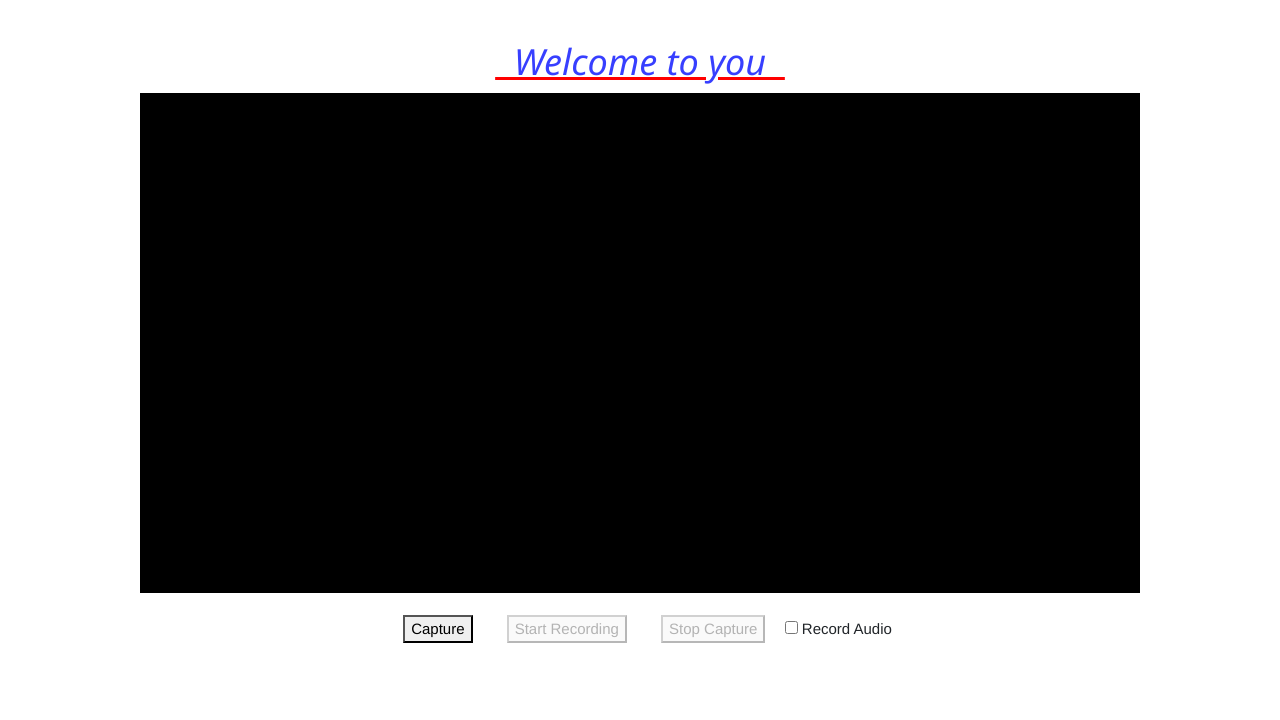
Repository: santiljanomalaj/recording_youtube
Page: index.html
These files come from the project's save history. The page is drawn as it stood at one moment and after the next save; the edit follows.
The browser window is 1280 px wide. The pictures show the whole page.

Above is the page before, as saved 2020-04-29 18:43:59.

### index.html
<!DOCTYPE html>
<html lang="en">
  <head>
    <title>video/audio capture</title>
    <meta charset="utf-8" />
    <meta http-equiv="X-UA-Compatible" content="IE=edge" />
    <meta name="viewport" content="width=device-width, initial-scale=1" />

    <link rel="stylesheet" href="./css/bootstrap.min.css" />
    <link rel="stylesheet" href="./css/w3.css" />
    <link
      rel="stylesheet"
      href="https://fonts.googleapis.com/css?family=Tangerine"
    />
    <link rel="stylesheet" href="./css/style.css" />

    <!-- <script>
      if (location.protocol !== "https:") location.protocol = "https:";
    </script> -->
    <!-- import the webpage's stylesheet -->
  </head>
  <body>
    <center>
      <div class="w3-container w3-tangerine">
        <u style="color: red;"
          ><h1 class="w3-xxlarge">&nbsp Welcome to you &nbsp</h1></u
        >
      </div>
      <p id="warning">
        Enable chrome://flags/#enable-experimental-web-platform-features
      </p>
      <video
        style="background-color: black; width: 1000px; height: 500px;"
        id="videoElement"
        autoplay
      ></video>
      <br />
      <button id="captureBtn">Capture</button>
      <button id="startBtn" disabled>Start Recording</button>
      <button id="stopBtn" disabled>Stop Capture</button>
      <input type="checkbox" id="audioToggle" />
      <label for="audioToggle">Record Audio</label>
      <a class="btn btn-primary" id="download" href="#" style="display: none;"
        >Download</a
      >
      <a
        type="button"
        class="btn btn-primary"
        id="trim"
        href="https://video-cut.glitch.me/"
        style="display: none;"
        target="trim"
        >Trim Video</a
      >
      <a
        type="button"
        class="btn btn-primary"
        id="convert"
        href="https://convert-to-mp4.glitch.me/"
        style="display: none;"
        target="convert"
        >Convert to MP4</a
      >
    </center>

    <script src="./js/comlink.js"></script>
    <script src="./js/jquery.min.js"></script>
    <script src="./js/popper.min.js"></script>
    <script src="https://maxcdn.bootstrapcdn.com/bootstrap/4.4.1/js/bootstrap.min.js"></script>

    <script>
      if ("getDisplayMedia" in navigator.mediaDevices)
        warning.style.display = "none";

      let blobs;
      let blob;
      let rec;
      let stream;

      captureBtn.onclick = async () => {
        trim.style.display = "none";
        convert.style.display = "none";
        download.style.display = "none";
        let audio = audioToggle.checked || false;

        stream = await navigator.mediaDevices.getDisplayMedia({
          video: true,
          audio: audio,
        });
        stream
          .getVideoTracks()
          .forEach((track) => (track.contentHint = "text"));
        videoElement.srcObject = stream;
        let opts = { mimeType: "video/webm; codecs=h264" };
        blobs = [];
        rec = new MediaRecorder(stream, opts);
        rec.ondataavailable = (e) => blobs.push(e.data);
        rec.onstop = () => {
          blob = new Blob(blobs, { type: "video/mp4" });
          let url = window.URL.createObjectURL(blob);
          download.href = url;
          download.download = "test.mp4";
          download.style.display = "block";
          trim.style.display = "block";
          convert.style.display = "block";
        };
        startBtn.disabled = false;
        captureBtn.disabled = true;
        audioToggle.disabled = true;
      };

      startBtn.onclick = () => {
        startBtn.disabled = true;
        stopBtn.disabled = false;
        rec.start();
      };

      stopBtn.onclick = () => {
        captureBtn.disabled = false;
        startBtn.disabled = true;
        stopBtn.disabled = true;
        audioToggle.disabled = false;
        rec.stop();
        stream.getTracks().forEach((s) => s.stop());
        videoElement.srcObject = null;
        stream = null;
      };

      trim.onclick = async (event) => {
        event.preventDefault();
        let cutWindow = window.open(event.target.href);
        let start = Comlink.proxy(cutWindow);
        setTimeout(async () => {
          let result = await start(
            new File([blob], "test.webm", { type: "video/webm" }),
            "00:00:00"
          );
        }, 1000);
      };

      convert.onclick = async (event) => {
        event.preventDefault();
        let convertWindow = window.open(event.target.href);
        let start = Comlink.proxy(convertWindow);
        setTimeout(async () => {
          let result = await start(
            new File([blob], "test.webm", { type: "video/webm" })
          );
        }, 1000);
      };
    </script>
  </body>
</html>

### css/style.css
/* CSS files add styling rules to your content */

body {
  font-family: "Benton Sans", "Helvetica Neue", helvetica, arial, sans-serif;
  margin: 2em;
}

h1 {
  font-style: italic;
  color: #373fff;
}

video {
  width: 1000px;
  height: 1000px;
}

button {
  margin: 1em;
  padding: 1;
}

.w3-tangerine {
  font-family: "Tangerine", serif;
}

### js/comlink.js
/**
 * Copyright 2017 Google Inc. All Rights Reserved.
 * Licensed under the Apache License, Version 2.0 (the "License");
 * you may not use this file except in compliance with the License.
 * You may obtain a copy of the License at
 *     http://www.apache.org/licenses/LICENSE-2.0
 * Unless required by applicable law or agreed to in writing, software
 * distributed under the License is distributed on an "AS IS" BASIS,
 * WITHOUT WARRANTIES OR CONDITIONS OF ANY KIND, either express or implied.
 * See the License for the specific language governing permissions and
 * limitations under the License.
 */
(function (factory) {
  if (typeof module === "object" && typeof module.exports === "object") {
    var v = factory(require, exports);
    if (v !== undefined) module.exports = v;
  } else if (typeof define === "function" && define.amd) {
    define(["require", "exports"], factory);
  } else {
    factory([], (self.Comlink = {}));
  }
})(function (require, exports) {
  "use strict";
  Object.defineProperty(exports, "__esModule", { value: true });
  const TRANSFERABLE_TYPES = [ArrayBuffer, MessagePort];
  const uid = Math.floor(Math.random() * Number.MAX_SAFE_INTEGER);
  const proxyValueSymbol = Symbol("proxyValue");
  const throwSymbol = Symbol("throw");
  const proxyTransferHandler = {
    canHandle: (obj) => obj && obj[proxyValueSymbol],
    serialize: (obj) => {
      const { port1, port2 } = new MessageChannel();
      expose(obj, port1);
      return port2;
    },
    deserialize: (obj) => {
      return proxy(obj);
    },
  };
  const throwTransferHandler = {
    canHandle: (obj) => obj && obj[throwSymbol],
    serialize: (obj) => obj.toString() + "\n" + obj.stack,
    deserialize: (obj) => {
      throw Error(obj);
    },
  };
  exports.transferHandlers = new Map([
    ["PROXY", proxyTransferHandler],
    ["THROW", throwTransferHandler],
  ]);
  let pingPongMessageCounter = 0;
  function proxy(endpoint, target) {
    if (isWindow(endpoint)) endpoint = windowEndpoint(endpoint);
    if (!isEndpoint(endpoint))
      throw Error(
        "endpoint does not have all of addEventListener, removeEventListener and postMessage defined"
      );
    activateEndpoint(endpoint);
    return cbProxy(
      async (irequest) => {
        let args = [];
        if (irequest.type === "APPLY" || irequest.type === "CONSTRUCT")
          args = irequest.argumentsList.map(wrapValue);
        const response = await pingPongMessage(
          endpoint,
          Object.assign({}, irequest, { argumentsList: args }),
          transferableProperties(args)
        );
        const result = response.data;
        return unwrapValue(result.value);
      },
      [],
      target
    );
  }
  exports.proxy = proxy;
  function proxyValue(obj) {
    obj[proxyValueSymbol] = true;
    return obj;
  }
  exports.proxyValue = proxyValue;
  function expose(rootObj, endpoint) {
    if (isWindow(endpoint)) endpoint = windowEndpoint(endpoint);
    if (!isEndpoint(endpoint))
      throw Error(
        "endpoint does not have all of addEventListener, removeEventListener and postMessage defined"
      );
    activateEndpoint(endpoint);
    attachMessageHandler(endpoint, async function (event) {
      if (!event.data.id || !event.data.callPath) return;
      const irequest = event.data;
      let that = await irequest.callPath
        .slice(0, -1)
        .reduce((obj, propName) => obj[propName], rootObj);
      let obj = await irequest.callPath.reduce(
        (obj, propName) => obj[propName],
        rootObj
      );
      let iresult = obj;
      let args = [];
      if (irequest.type === "APPLY" || irequest.type === "CONSTRUCT")
        args = irequest.argumentsList.map(unwrapValue);
      if (irequest.type === "APPLY") {
        try {
          iresult = await obj.apply(that, args);
        } catch (e) {
          iresult = e;
          iresult[throwSymbol] = true;
        }
      }
      if (irequest.type === "CONSTRUCT") {
        try {
          iresult = new obj(...args); // eslint-disable-line new-cap
          iresult = proxyValue(iresult);
        } catch (e) {
          iresult = e;
          iresult[throwSymbol] = true;
        }
      }
      if (irequest.type === "SET") {
        obj[irequest.property] = irequest.value;
        // FIXME: ES6 Proxy Handler `set` methods are supposed to return a
        // boolean. To show good will, we return true asynchronously ¯\_(ツ)_/¯
        iresult = true;
      }
      iresult = makeInvocationResult(iresult);
      iresult.id = irequest.id;
      return endpoint.postMessage(iresult, transferableProperties([iresult]));
    });
  }
  exports.expose = expose;
  function wrapValue(arg) {
    // Is arg itself handled by a TransferHandler?
    for (const [key, transferHandler] of exports.transferHandlers) {
      if (transferHandler.canHandle(arg)) {
        return {
          type: key,
          value: transferHandler.serialize(arg),
        };
      }
    }
    // If not, traverse the entire object and find handled values.
    let wrappedChildren = [];
    for (const item of iterateAllProperties(arg)) {
      for (const [key, transferHandler] of exports.transferHandlers) {
        if (transferHandler.canHandle(item.value)) {
          wrappedChildren.push({
            path: item.path,
            wrappedValue: {
              type: key,
              value: transferHandler.serialize(item.value),
            },
          });
        }
      }
    }
    for (const wrappedChild of wrappedChildren) {
      const container = wrappedChild.path
        .slice(0, -1)
        .reduce((obj, key) => obj[key], arg);
      container[wrappedChild.path[wrappedChild.path.length - 1]] = null;
    }
    return {
      type: "RAW",
      value: arg,
      wrappedChildren,
    };
  }
  function unwrapValue(arg) {
    if (exports.transferHandlers.has(arg.type)) {
      const transferHandler = exports.transferHandlers.get(arg.type);
      return transferHandler.deserialize(arg.value);
    } else if (isRawWrappedValue(arg)) {
      for (const wrappedChildValue of arg.wrappedChildren || []) {
        if (!exports.transferHandlers.has(wrappedChildValue.wrappedValue.type))
          throw Error(
            `Unknown value type "${arg.type}" at ${wrappedChildValue.path.join(
              "."
            )}`
          );
        const transferHandler = exports.transferHandlers.get(
          wrappedChildValue.wrappedValue.type
        );
        const newValue = transferHandler.deserialize(
          wrappedChildValue.wrappedValue.value
        );
        replaceValueInObjectAtPath(arg.value, wrappedChildValue.path, newValue);
      }
      return arg.value;
    } else {
      throw Error(`Unknown value type "${arg.type}"`);
    }
  }
  function replaceValueInObjectAtPath(obj, path, newVal) {
    const lastKey = path.slice(-1)[0];
    const lastObj = path.slice(0, -1).reduce((obj, key) => obj[key], obj);
    lastObj[lastKey] = newVal;
  }
  function isRawWrappedValue(arg) {
    return arg.type === "RAW";
  }
  function windowEndpoint(w) {
    if (self.constructor.name !== "Window") throw Error("self is not a window");
    return {
      addEventListener: self.addEventListener.bind(self),
      removeEventListener: self.removeEventListener.bind(self),
      postMessage: (msg, transfer) => w.postMessage(msg, "*", transfer),
    };
  }
  function isEndpoint(endpoint) {
    return (
      "addEventListener" in endpoint &&
      "removeEventListener" in endpoint &&
      "postMessage" in endpoint
    );
  }
  function activateEndpoint(endpoint) {
    if (isMessagePort(endpoint)) endpoint.start();
  }
  function attachMessageHandler(endpoint, f) {
    // Checking all possible types of `endpoint` manually satisfies TypeScript’s
    // type checker. Not sure why the inference is failing here. Since it’s
    // unnecessary code I’m going to resort to `any` for now.
    // if(isWorker(endpoint))
    //   endpoint.addEventListener('message', f);
    // if(isMessagePort(endpoint))
    //   endpoint.addEventListener('message', f);
    // if(isOtherWindow(endpoint))
    //   endpoint.addEventListener('message', f);
    endpoint.addEventListener("message", f);
  }
  function detachMessageHandler(endpoint, f) {
    // Same as above.
    endpoint.removeEventListener("message", f);
  }
  function isMessagePort(endpoint) {
    return endpoint.constructor.name === "MessagePort";
  }
  function isWindow(endpoint) {
    // TODO: This doesn’t work on cross-origin iframes.
    // return endpoint.constructor.name === 'Window';
    return ["window", "length", "location", "parent", "opener"].every(
      (prop) => prop in endpoint
    );
  }
  /**
   * `pingPongMessage` sends a `postMessage` and waits for a reply. Replies are
   * identified by a unique id that is attached to the payload.
   */
  function pingPongMessage(endpoint, msg, transferables) {
    const id = `${uid}-${pingPongMessageCounter++}`;
    return new Promise((resolve) => {
      attachMessageHandler(endpoint, function handler(event) {
        if (event.data.id !== id) return;
        detachMessageHandler(endpoint, handler);
        resolve(event);
      });
      // Copy msg and add `id` property
      msg = Object.assign({}, msg, { id });
      endpoint.postMessage(msg, transferables);
    });
  }
  function cbProxy(cb, callPath = [], target = function () {}) {
    return new Proxy(target, {
      construct(_target, argumentsList, proxy) {
        return cb({
          type: "CONSTRUCT",
          callPath,
          argumentsList,
        });
      },
      apply(_target, _thisArg, argumentsList) {
        // We use `bind` as an indicator to have a remote function bound locally.
        // The actual target for `bind()` is currently ignored.
        if (callPath[callPath.length - 1] === "bind")
          return cbProxy(cb, callPath.slice(0, -1));
        return cb({
          type: "APPLY",
          callPath,
          argumentsList,
        });
      },
      get(_target, property, proxy) {
        if (property === "then" && callPath.length === 0) {
          return { then: () => proxy };
        } else if (property === "then") {
          const r = cb({
            type: "GET",
            callPath,
          });
          return Promise.resolve(r).then.bind(r);
        } else {
          return cbProxy(cb, callPath.concat(property), _target[property]);
        }
      },
      set(_target, property, value, _proxy) {
        return cb({
          type: "SET",
          callPath,
          property,
          value,
        });
      },
    });
  }
  function isTransferable(thing) {
    return TRANSFERABLE_TYPES.some((type) => thing instanceof type);
  }
  function* iterateAllProperties(value, path = [], visited = null) {
    if (!value) return;
    if (!visited) visited = new WeakSet();
    if (visited.has(value)) return;
    if (typeof value === "string") return;
    if (typeof value === "object") visited.add(value);
    if (ArrayBuffer.isView(value)) return;
    yield { value, path };
    const keys = Object.keys(value);
    for (const key of keys)
      yield* iterateAllProperties(value[key], [...path, key], visited);
  }
  function transferableProperties(obj) {
    const r = [];
    for (const prop of iterateAllProperties(obj)) {
      if (isTransferable(prop.value)) r.push(prop.value);
    }
    return r;
  }
  function makeInvocationResult(obj) {
    for (const [type, transferHandler] of exports.transferHandlers) {
      if (transferHandler.canHandle(obj)) {
        const value = transferHandler.serialize(obj);
        return {
          value: { type, value },
        };
      }
    }
    return {
      value: {
        type: "RAW",
        value: obj,
      },
    };
  }
});

Loaded but not shown: css/bootstrap.min.css (library); css/w3.css (library); js/jquery.min.js (library); js/popper.min.js (library)

After the next save:
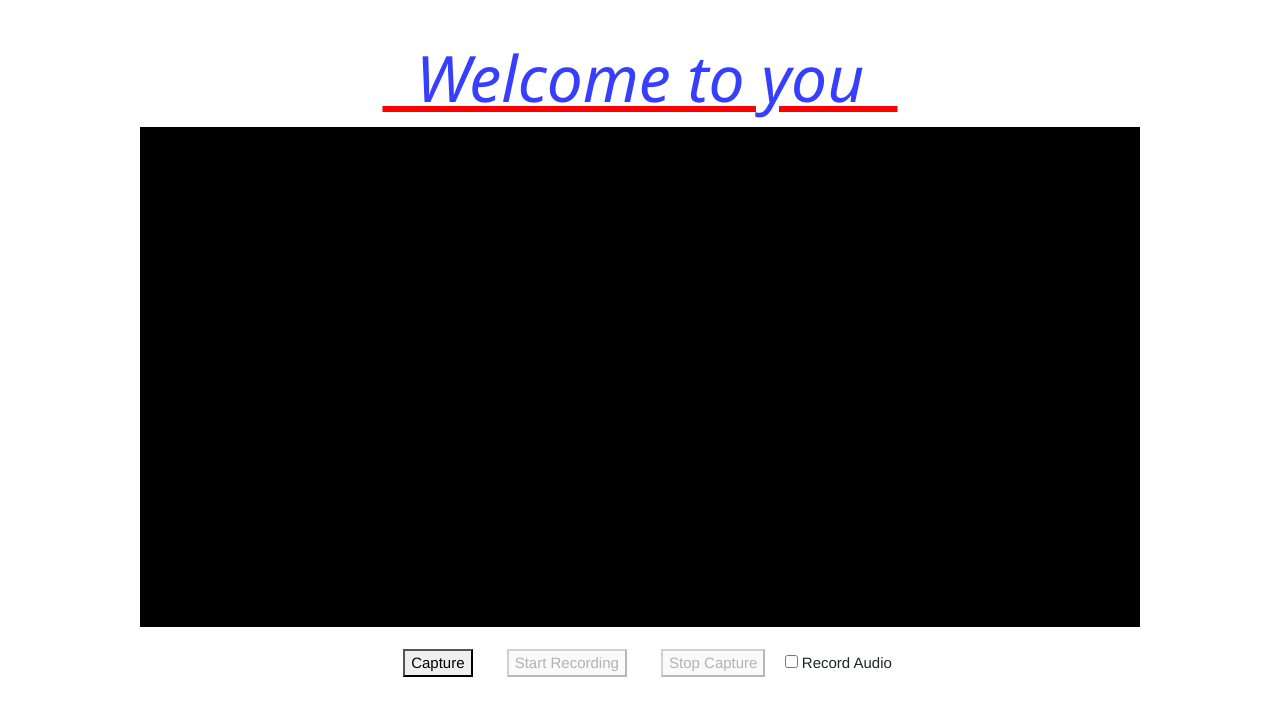
Saved 63 s later.
--- a/index.html
+++ b/index.html
@@ -23,7 +23,7 @@
     <center>
       <div class="w3-container w3-tangerine">
         <u style="color: red;"
-          ><h1 class="w3-xxlarge">&nbsp Welcome to you &nbsp</h1></u
+          ><h1 class="w3-jumbo">&nbsp Welcome to you &nbsp</h1></u
         >
       </div>
       <p id="warning">
